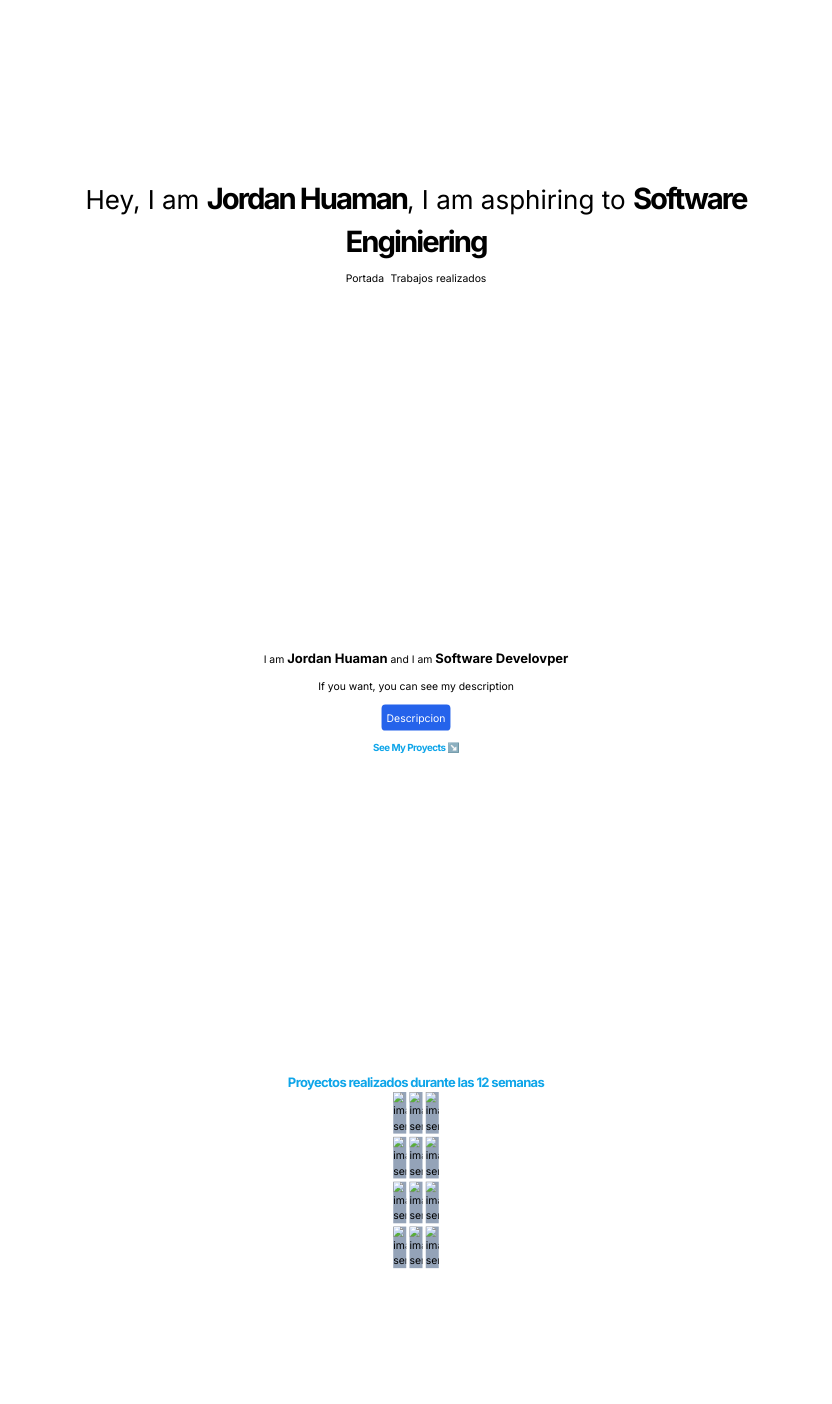
Repository: devsecops-node/portafolio-nextj-pages
Page: /
These files come from the project's save history. The page is drawn as it stood at one moment and after the next save; the edit follows.
The browser window is 1280 px wide. The pictures show the whole page, at 65% of full size.
The project was rebuilt for these pictures with package versions that can differ from the ones it lists, and the page was loaded fresh each time. The framework's server and built-in components were replaced by stand-ins that run in the browser. Also part of the build but not shown: next.config.js, src/components/Modal.jsx, src/styles/transitionPage.module.css.

Above is the page before, as saved 2024-01-15 04:46:41.

After the next save:
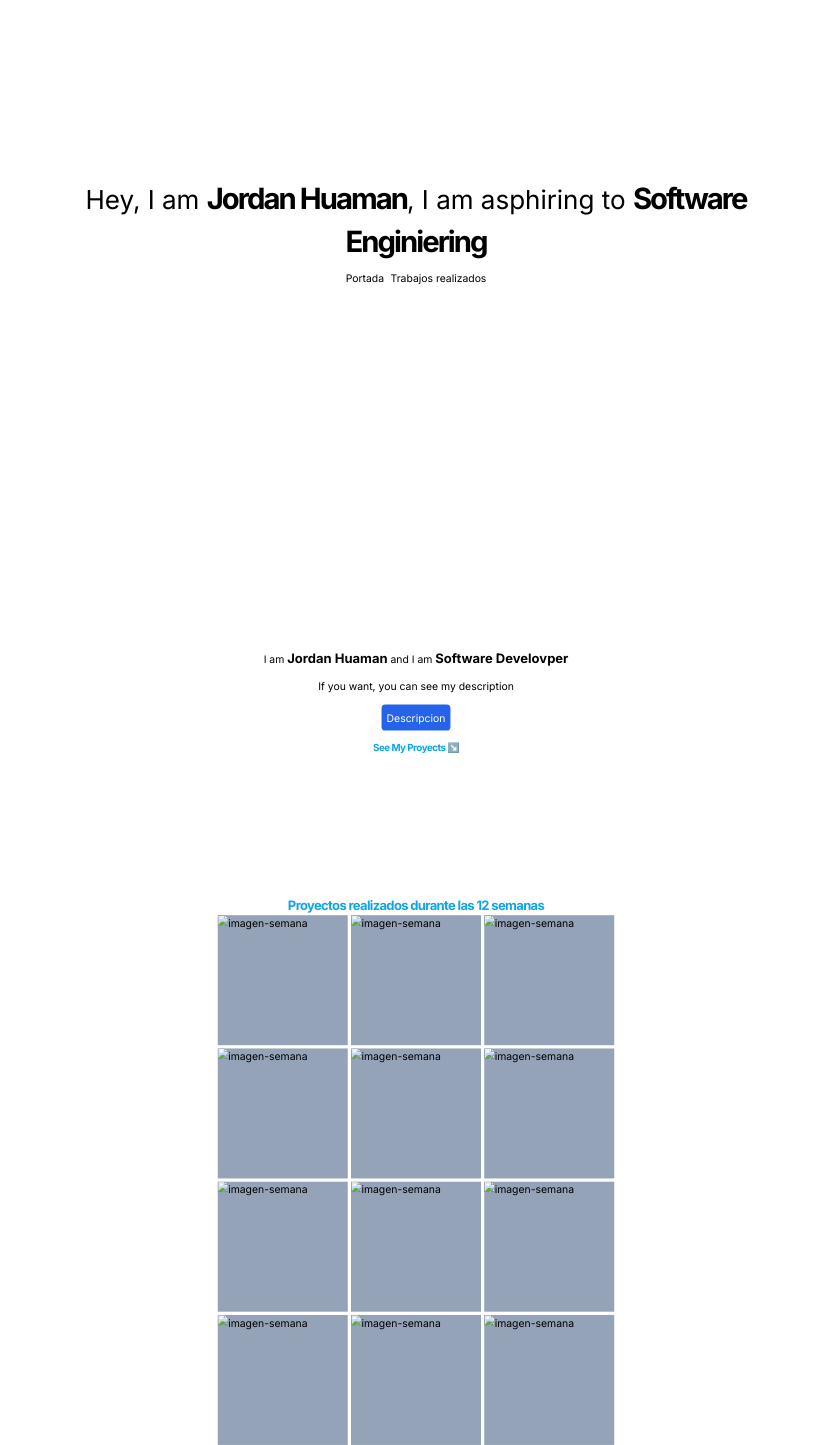
Saved 28 s later.
--- a/src/components/Card.jsx
+++ b/src/components/Card.jsx
@@ -3,7 +3,7 @@ import React from 'react'
 const Card = () => {
   return (
     <section>
-      <img src="" alt="imagen-semana" width={20} height={20} className='bg-slate-400' />
+      <img src="" alt="imagen-semana" width={200} height={200} className='bg-slate-400' />
     </section>
   )
 }
